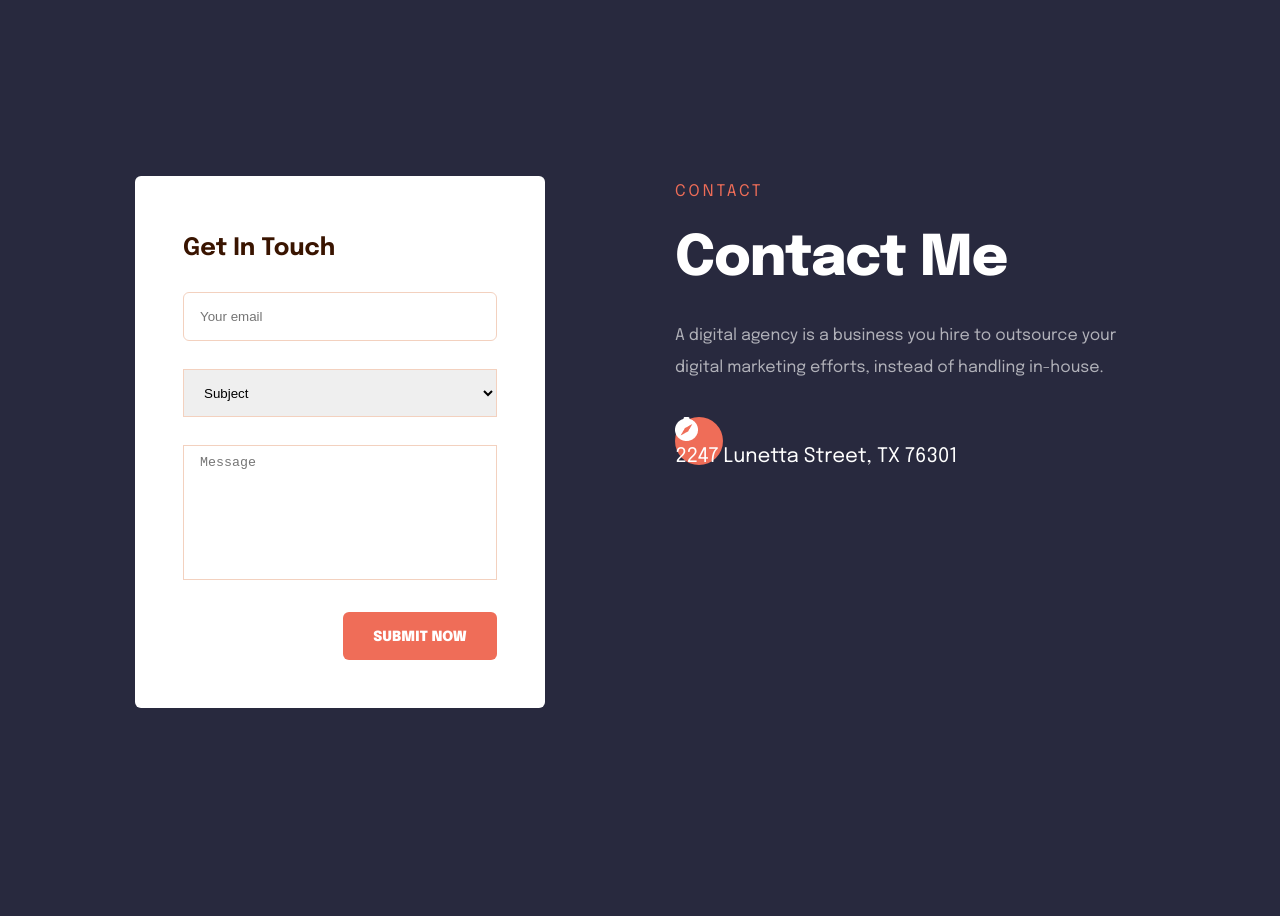
Repository: simralgasimov/contact-me
Page: index.html
The author's editor kept a copy of each file at every save. The page is drawn from the files as they stood at one save, then again after a run of saves.
The browser window is 1280 px wide. The pictures show the whole page.

Above is the page before, as saved 2023-10-04 13:32:45.

### index.html
<!DOCTYPE html>
<html lang="en">
  <head>
    <meta charset="UTF-8" />
    <meta name="viewport" content="width=device-width, initial-scale=1.0" />
    <title>Document</title>
    <link rel="stylesheet" href="./index.css" />
  </head>
  <body>
    <div class="container">
        <form action="">
          <p>Get In Touch</p>
          <label for="">
            <input type="email" placeholder="Your email" />
          </label>

          <label for="subject">
            <select name="" id="subject">
              <option value="subject">Subject</option>
              <option value="subject">Subject</option>
              <option value="subject">Subject</option>
            </select>
          </label>

          <label for="">
            <textarea name=""  placeholder="Message" id=""></textarea>
            <!-- <input type="textarea" name="" id="" /> -->
          </label>
          <button><a href="">Submit Now</a></button>
        </form>


      <div class="contact-me">
        <h1>Contact</h1>
        <h2>Contact Me</h2>
        <p>
          A digital agency is a business you hire to outsource your digital
          marketing efforts, instead of handling in-house.
        </p>
        <div class="cirycle">
          <img src="./img/Shape.png" alt="" />
          <p>2247 Lunetta Street, TX 76301</p>
        </div>
      </div>
    </div>
  </body>
</html>

### index.css
@import url("https://fonts.googleapis.com/css2?family=Epilogue:wght@400;700;800;900&display=swap");
* {
  margin: 0;
  padding: 0;
  box-sizing: border-box;
}

.container {
  padding: 176px 135px 208px 135px;
  background: #28293e;
  display: flex;
  /* justify-content: space-between; */
}

.container p {
  margin-bottom: 27px;
  color: var(--Text_Dark, #391400);
  font-feature-settings: "clig" off, "liga" off;

  font-family: Epilogue;
  font-size: 24px;
  font-style: normal;
  font-weight: 700;
  line-height: 32px;
}

.container form {
  width: 570px;
  margin-right: 130px;
  padding: 57px 48px 48px 48px;
  border-radius: 6px;
  background: #fff;
}

.container input {
  padding: 16px;
  border-radius: 6px;
  border: 1px solid #f3d1bf;
  background: #fff;
}
.container input::placeholder,
.container textarea::placeholder{

}

.container form label {
  display: block;
  margin-bottom: 28px;
}

.container input,
.container textarea,
.container select
{
  width: 100%;
  border: 1px solid #f3d1bf;

}
.container  input [type="email"] {
  height: 48px;
}

.container  select{
  height: 48px;
  padding: 0 16px;
}

.container  textarea{
  height: 135px;
  padding: 9px 16px;
  resize: none;
}

.container form button {
  width: 154px;
  height: 48px;
  border-radius: 6px;
  background: #ef6d58;
  border: none;
  float: right;
}

.container form button a {
  text-decoration: none;
  color: #fff;
  text-align: center;
  font-family: Epilogue;
  font-size: 14px;
  font-style: normal;
  font-weight: 900;
  line-height: normal;
  text-transform: uppercase;
}

.container .contact-me h1 {
  margin-bottom: 20px;
  width: 86px;
  color: var(--Text_Light_Accent, #ef6d58);
  font-feature-settings: "clig" off, "liga" off;
  font-family: Epilogue;
  font-size: 16px;
  font-style: normal;
  font-weight: 400;
  line-height: 32px;
  letter-spacing: 3px;
  text-transform: uppercase;
}

.container .contact-me h2 {
  margin-bottom: 28px;
  width: 334px;
  color: var(--Text_Light, #fff);
  font-feature-settings: "clig" off, "liga" off;
  font-family: Epilogue;
  font-size: 56px;
  font-style: normal;
  font-weight: 800;
  line-height: 64px;
  letter-spacing: -1px;
}

.container .contact-me p {
  margin-bottom: 33px;
  width: 470px;
  color: var(--Text_Light_Gray, rgba(255, 255, 255, 0.64));
  font-feature-settings: "clig" off, "liga" off;

  font-family: Epilogue;
  font-size: 16px;
  font-style: normal;
  font-weight: 400;
  line-height: 32px;
}

.container .contact-me .cirycle {
  /* position: relative; */
  width: 48px;
  height: 48px;
  background-color: #ef6d58;
  border-radius: 50%;
}

.container .contact-me .cirycle img {
  /* position: absolute; */
  /* margin: 13px; */

  display: flex;
  justify-content: center;
  align-content: center;
}

.container .contact-me .cirycle p {
  display: flex;
  justify-content: center;
  align-items: center;
  align-content: center;
  /* margin-left: 90px; */
  width: 283px;
  color: var(--Text_Light, #fff);
  font-feature-settings: "clig" off, "liga" off;

  font-family: Epilogue;
  font-size: 20px;
  font-style: normal;
  font-weight: 400;
  line-height: 32px;
}

After the next 3 saves:
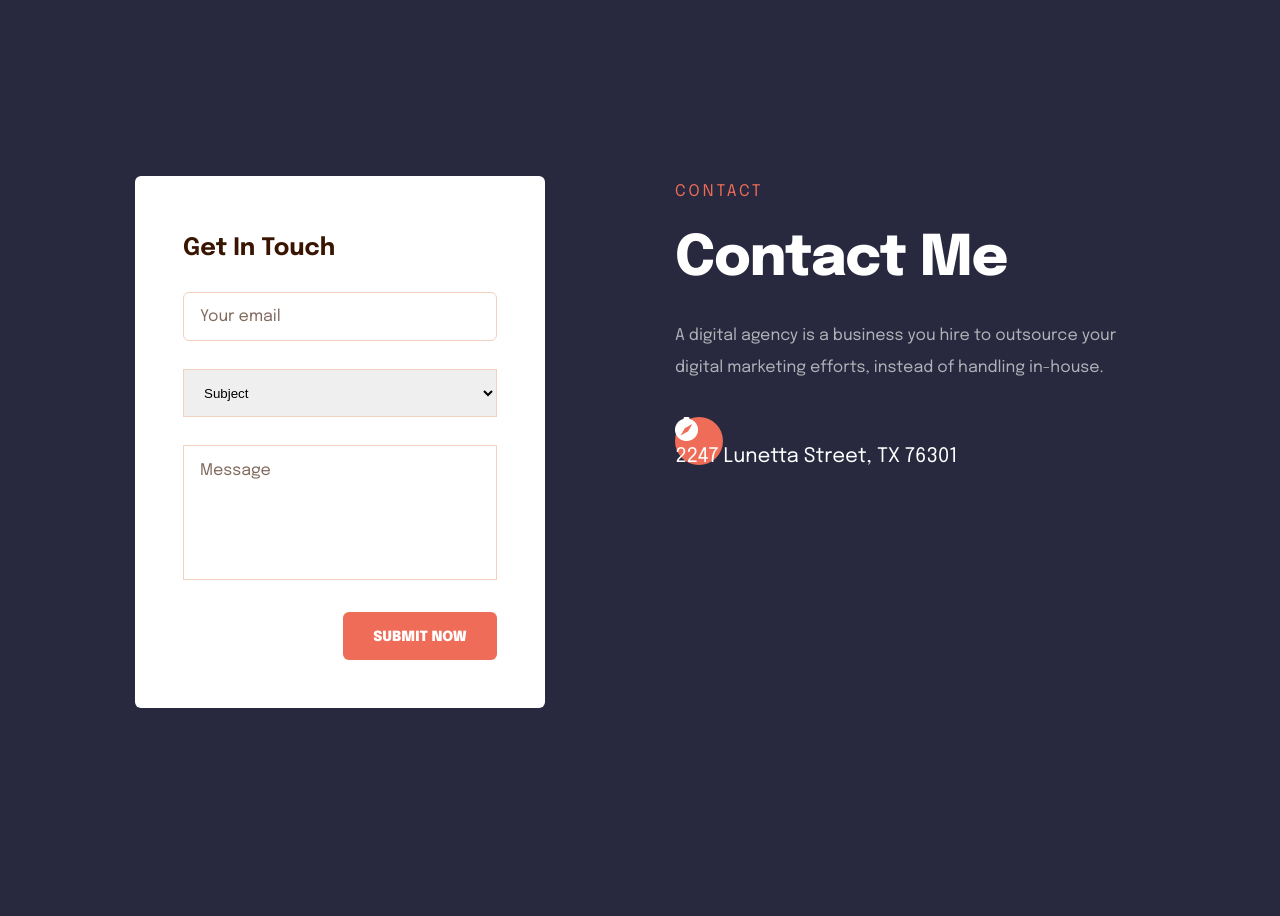
The 3 saves are shown as one change because they came seconds apart.
The last was saved 15 s later.
--- a/index.css
+++ b/index.css
@@ -40,7 +40,13 @@
 }
 .container input::placeholder,
 .container textarea::placeholder{
-
+  color: var(--Text_Dark_Gray, rgba(57, 20, 0, 0.64));
+font-feature-settings: 'clig' off, 'liga' off;
+font-family: Epilogue;
+font-size: 16px;
+font-style: normal;
+font-weight: 400;
+line-height: 32px;
 }
 
 .container form label {
